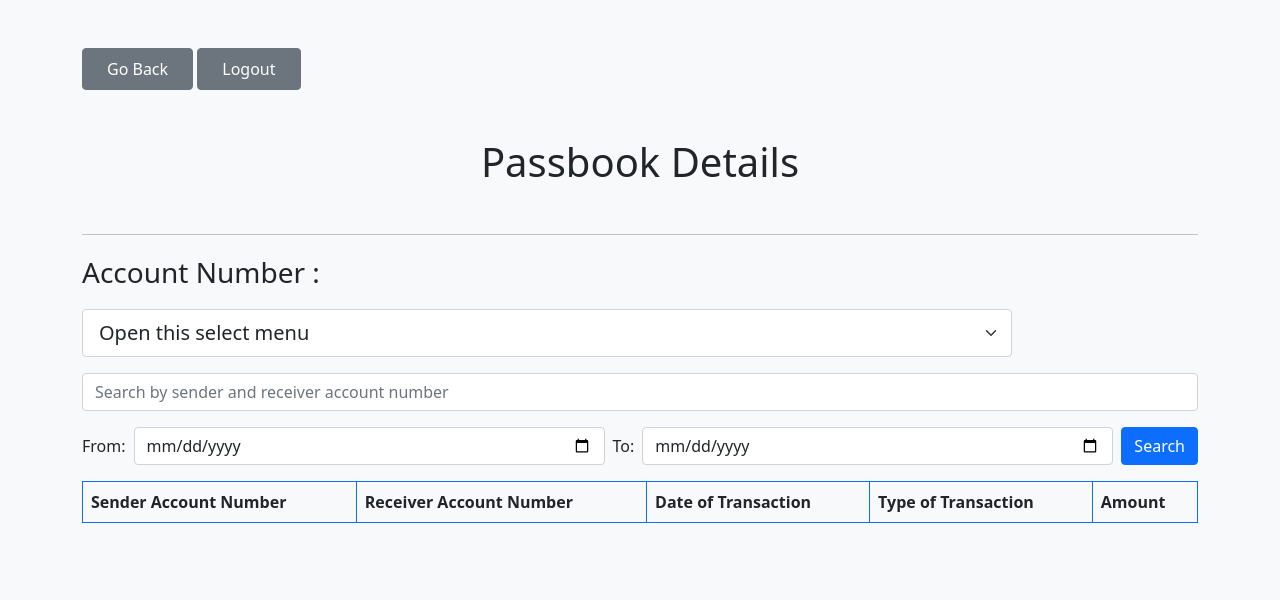
Repository: valletivarish/monojsp
Page: http://localhost/11-bank-application/user-passbook.jsp
These files come from the project's save history. The page is drawn as it stood at one moment and after the next save; the edit follows.
The browser window is 1280 px wide. The pictures show the whole page.
The page is served by Tomcat 9. The template is opened directly, without the code that normally fills it, so the values that code supplies are empty.

Above is the page before, as saved 2024-07-22 14:53:16.

After the next save:
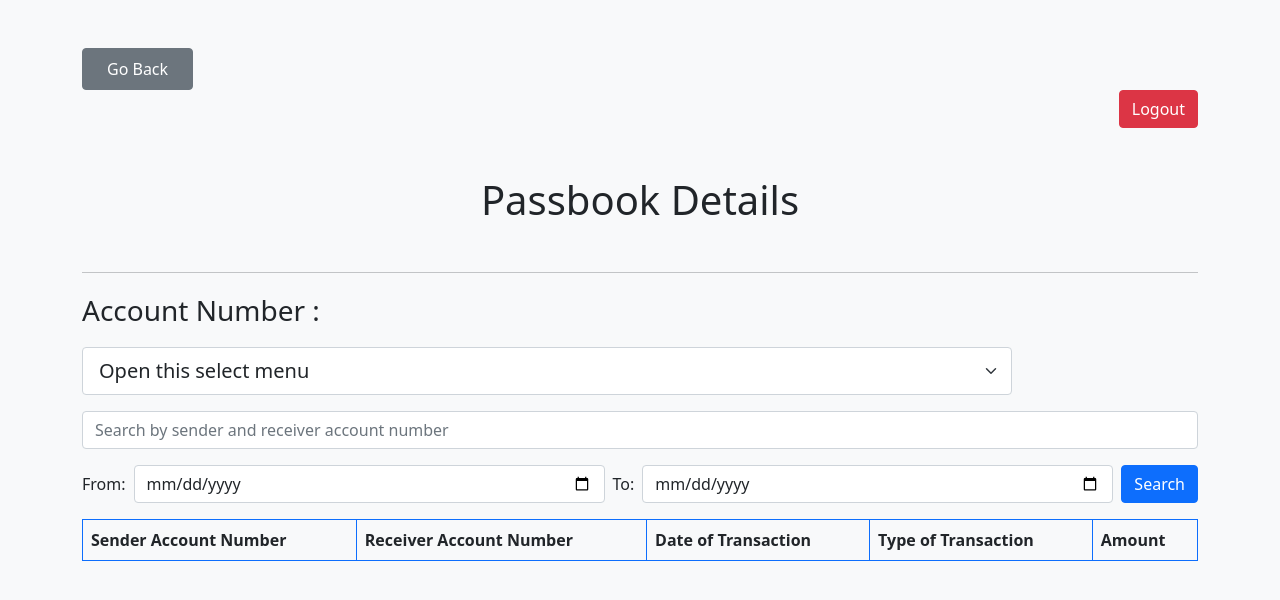
Saved 31 min 3 s later.
--- a/11-bank-application/WebContent/user-passbook.jsp
+++ b/11-bank-application/WebContent/user-passbook.jsp
@@ -23,13 +23,16 @@ pageEncoding="UTF-8"%>
 	<div class="container-lg my-5">
 		<a class="btn btn-secondary p-2 px-4" href="user?command=user">Go
 			Back</a>
-		<a class="btn btn-secondary p-2 px-4" aria-current="page" href="logout">Logout</a>
+		<div class="d-flex justify-content-end">
+			<button onclick="window.location.href='login.jsp'"
+				class="btn btn-danger">Logout</button>
+		</div>
 		<h1 class="text-center my-5">Passbook Details</h1>
 		<hr />
 		<p class="fs-3">
 			<span class="lead fs-3">Account Number :</span> ${bankAccountNumber}
 		</p>
-		<form action="user" method="get">
+		<form action="user" method="post">
 			<div class="col-sm-10">
 				<input type="hidden" name="command" value="passbook" /> <select
 					class="form-select form-select-lg mb-3"
@@ -44,6 +47,7 @@ pageEncoding="UTF-8"%>
 			<div class="d-flex my-3">
 				<input type="text" class="form-control" name="searchValue"
 					placeholder="Search by sender and receiver account number" />
+
 			</div>
 			<div class="d-flex my-3 align-items-center">
 				<label class="label me-2" for="from">From:</label> <input
